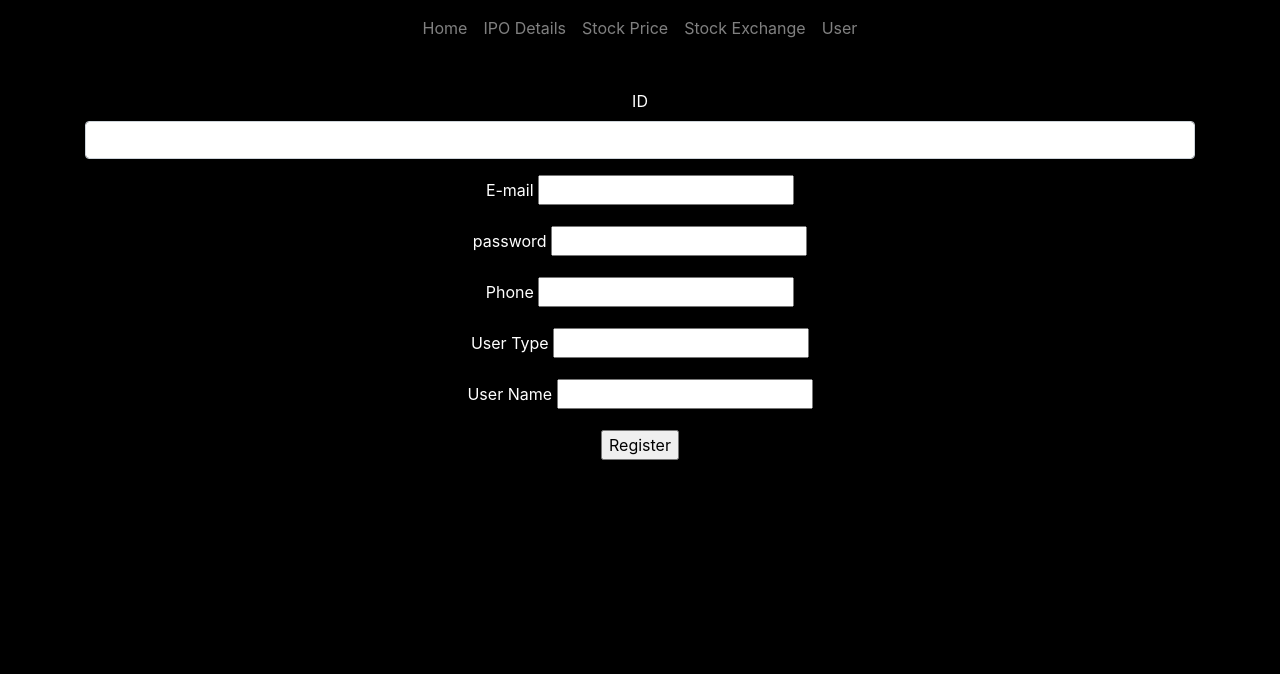
Repository: Gurudutt-S/cts-training
Page: http://localhost/StockExchangeChartingWeb/WEB-INF/views/users.jsp
The author's editor kept a copy of each file at every save. The page is drawn from the files as they stood at one save, then again after the next save.
The browser window is 1280 px wide. The pictures show the whole page.
The page is served by Tomcat 9. Nobody is signed in. Other server files are loaded and not shown. The template is opened directly, without the code that normally fills it, so the values that code supplies are empty.

Above is the page before, as saved 2020-02-12 05:56:30.
Console error (its wording comes from the project's code and is left out).

### Day_36/StockExchangeChartingWeb/src/main/webapp/WEB-INF/views/users.jsp
<%@include file="header.jsp"%>

<%@ taglib uri="http://www.springframework.org/tags/form" prefix="form"%>
<%@ taglib uri="http://java.sun.com/jsp/jstl/core" prefix="c"%>


<c:url var="userUrl" value="/user/save" />

<div class="container">
	<form:form action="${userUrl }" modelAttribute="user">

		<div class="form-group">
			<form:label path="id">ID</form:label>
			<form:input path="id" class="form-control"></form:input>
		</div>
		<div class="form-group">
			<form:label path="email">E-mail</form:label>
			<form:input path="email"></form:input>
		</div>
		<div class="form-group">
			<form:label path="password">password</form:label>
			<form:input path="password"></form:input>
		</div>
		<div class="form-group">
			<form:label path="phone">Phone</form:label>
			<form:input path="phone"></form:input>
		</div>
		<div class="form-group">
			<form:label path="userType">User Type</form:label>
			<form:input path="userType"></form:input>
		</div>
		<div class="form-group">
			<form:label path="username">User Name</form:label>
			<form:input path="username"></form:input>
		</div>

		<div>
			<input type="submit" value="Register">
		</div>
	</form:form>
</div>


</body>
</html>

### Day_36/StockExchangeChartingWeb/src/main/webapp/WEB-INF/views/header.jsp
<%@ page isELIgnored="false"%>
<%@ taglib uri="http://java.sun.com/jsp/jstl/core" prefix="c"%>
<html>
<head>
<link rel="stylesheet"
	href="https://stackpath.bootstrapcdn.com/bootstrap/4.4.1/css/bootstrap.min.css"
	integrity="sha384-Vkoo8x4CGsO3+Hhxv8T/Q5PaXtkKtu6ug5TOeNV6gBiFeWPGFN9MuhOf23Q9Ifjh"
	crossorigin="anonymous">
<script
	src="https://stackpath.bootstrapcdn.com/bootstrap/4.4.1/js/bootstrap.min.js"
	integrity="sha384-wfSDF2E50Y2D1uUdj0O3uMBJnjuUD4Ih7YwaYd1iqfktj0Uod8GCExl3Og8ifwB6"
	crossorigin="anonymous"></script>


</head>
<body style="color: white; background-color: black; text-align: center;">

	<nav class="navbar navbar-expand-lg navbar-dark ">
		<div class="collapse navbar-collapse">
			<ul class="navbar-nav mx-auto">
				<li class="nav-item"><a href="home" class="nav-link">Home</a></li>
				<li class="nav-item"><a href="ipoDetails" class="nav-link">IPO
						Details</a></li>
				<li class="nav-item"><a href="stockPrice" class="nav-link">Stock
						Price</a></li>
				<li class="nav-item"><a href="stockExchange" class="nav-link">Stock
						Exchange</a></li>
				<li class="nav-item"><a href="user-home" class="nav-link">User
						</a></li>
			</ul>
		</div>
	</nav>

	<hr>

</body>
</html>

After the next save:
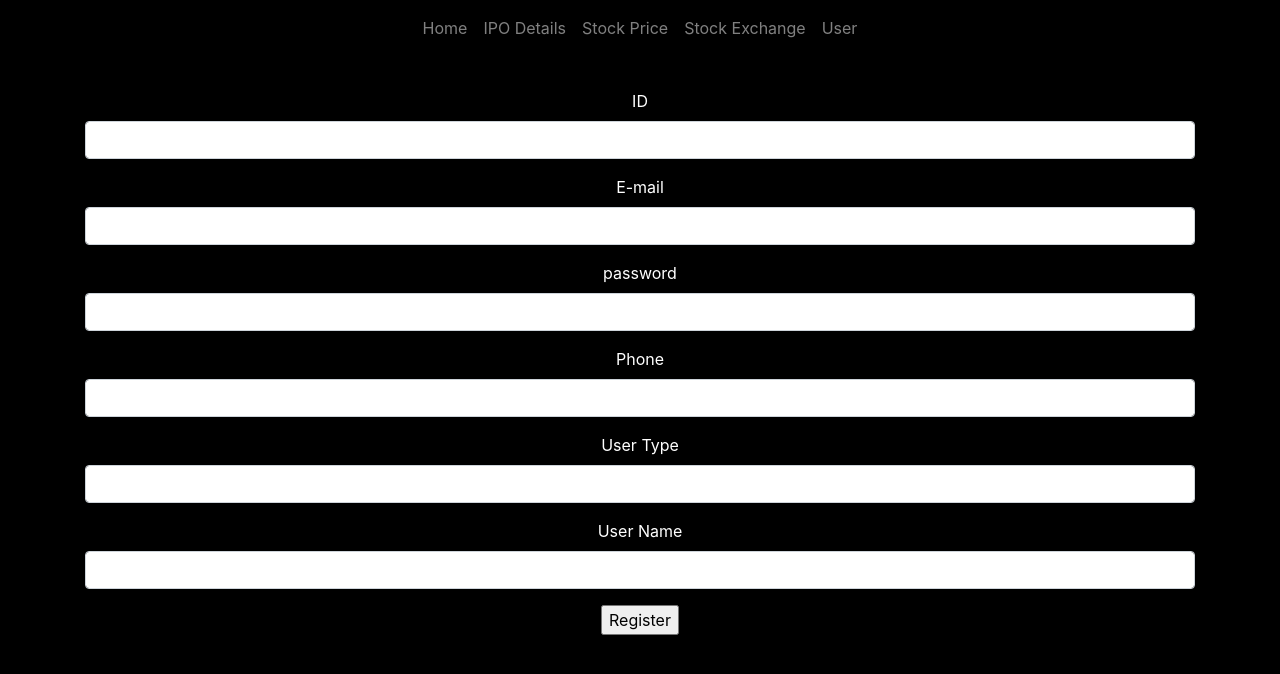
Saved 19 s later.
--- a/Day_36/StockExchangeChartingWeb/src/main/webapp/WEB-INF/views/users.jsp
+++ b/Day_36/StockExchangeChartingWeb/src/main/webapp/WEB-INF/views/users.jsp
@@ -15,23 +15,23 @@
 		</div>
 		<div class="form-group">
 			<form:label path="email">E-mail</form:label>
-			<form:input path="email"></form:input>
+			<form:input path="email" class="form-control"></form:input>
 		</div>
 		<div class="form-group">
 			<form:label path="password">password</form:label>
-			<form:input path="password"></form:input>
+			<form:input path="password" class="form-control"></form:input>
 		</div>
 		<div class="form-group">
 			<form:label path="phone">Phone</form:label>
-			<form:input path="phone"></form:input>
+			<form:input path="phone" class="form-control"></form:input>
 		</div>
 		<div class="form-group">
 			<form:label path="userType">User Type</form:label>
-			<form:input path="userType"></form:input>
+			<form:input path="userType" class="form-control"></form:input>
 		</div>
 		<div class="form-group">
 			<form:label path="username">User Name</form:label>
-			<form:input path="username"></form:input>
+			<form:input path="username" class="form-control"></form:input>
 		</div>
 
 		<div>
